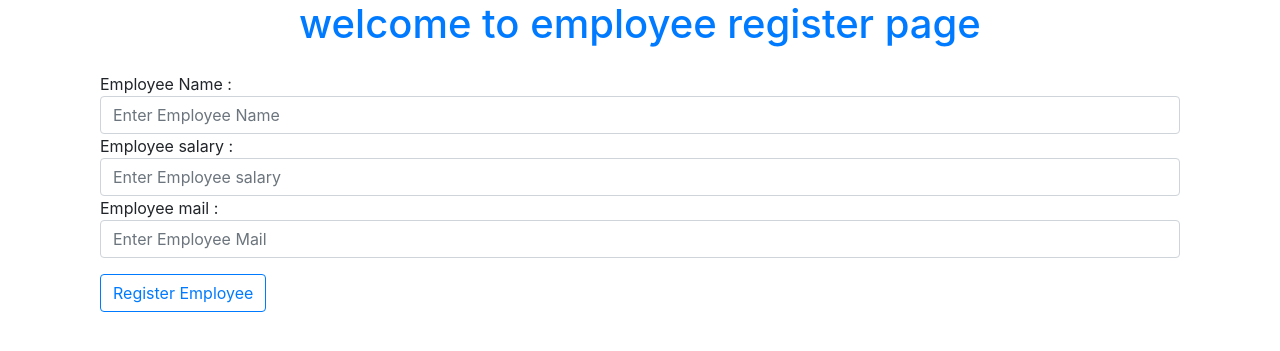
Repository: lokeshsukhwal/EmployeeMiniProject
Page: http://localhost/EmployeeEdit
These files come from the project's save history. The page is drawn as it stood at one moment and after the next save; the edit follows.
The browser window is 1280 px wide. The pictures show the whole page.
The page is this project's Thymeleaf template; nobody is signed in. The template is opened directly, without the code that normally fills it, so the values that code supplies are empty.

Above is the page before, as saved 2023-01-16 15:22:24.

After the next save:
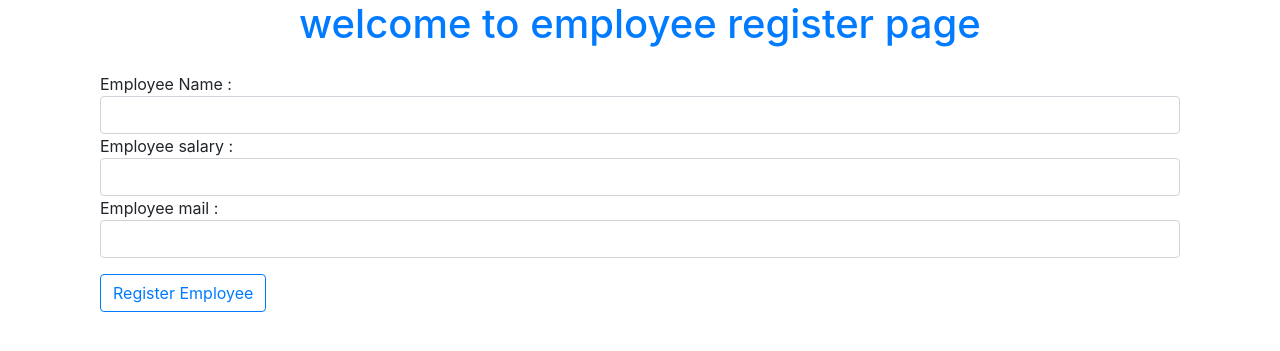
Saved 46 s later.
--- a/SpringBootMvc-ThymeleafMySqlCrudMiniProject/src/main/resources/templates/EmployeeEdit.html
+++ b/SpringBootMvc-ThymeleafMySqlCrudMiniProject/src/main/resources/templates/EmployeeEdit.html
@@ -13,12 +13,9 @@
 	<h1 class=" text-primary text-center">welcome to employee register page</h1>
 	<div class="container">
 		<form action="save" method="post" class="mt-4 form">
-			Employee Name : <input type="text" name="empName"
-				class="form-control" placeholder="Enter Employee Name">
-			Employee salary : <input type="text" name="empSalary"
-				class="form-control" placeholder="Enter Employee salary">
-			Employee mail : <input type="email" name="empMail"
-				class="form-control" placeholder="Enter Employee Mail">
+			Employee Name : <input type="text" name="empName"class="form-control">
+			Employee salary : <input type="text" name="empSalary"class="form-control">
+			Employee mail : <input type="email" name="empMail"class="form-control">
 
 		<button type="button" class="btn btn-outline-primary mt-3">Register Employee</button>
 
